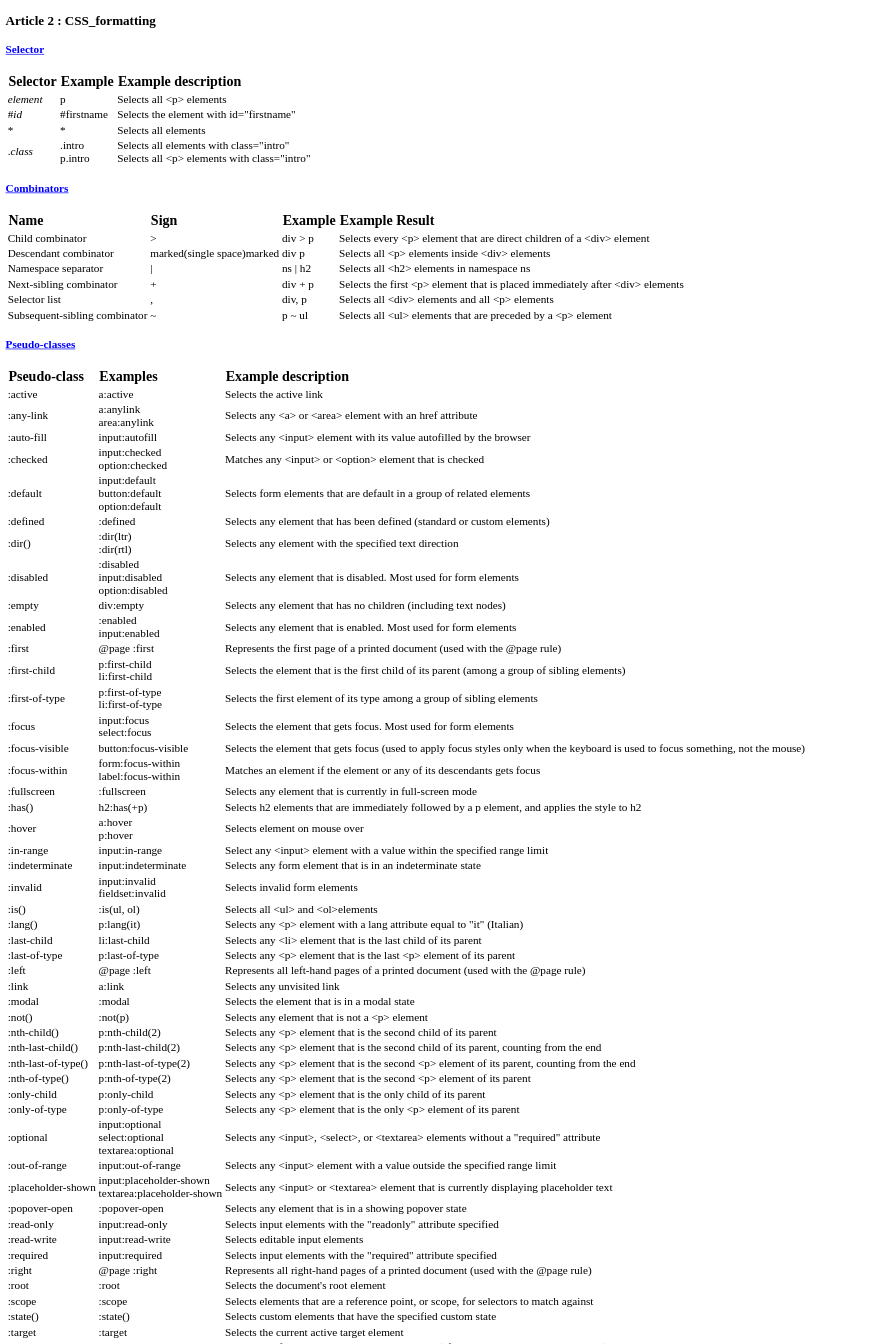
Repository: AnnaSpirit/2025_
Page: Bases/CSS_formatting.html
The author's editor kept a copy of each file at every save. The page is drawn from the files as they stood at one save, then again after a run of saves.
The browser window is 1280 px wide. The pictures show the part of the page from y = 0 to 1920 px (the page is 2571 px tall), at 70% of full size.

Above is the page before, as saved 2025-01-09 14:19:17.

### Bases/CSS_formatting.html
<!DOCTYPE html>
<html lang="en">
<head>
	<meta charset="UTF-8">
	<meta name="viewport" content="width=device-width, initial-scale=1.0">
	<title>CSS_formatting</title>
	<style>
		th{
		table-layout: auto;
		display: table-cell;
		vertical-align: middle;
		font-weight: bold;
		padding: 2px;
		text-align:justify;
		font-size: 20px;
		}
		.subSection{
			color: blue;
			font-weight: bold;
			text-decoration: underline;
		}
	</style>
</head>
<body>
<h3>Article 2 : CSS_formatting</h3>
<h4 class = "subSection">Selector</h4>
<table>
<tr>
	<th>Selector</th>
	<th>Example</th>
	<th>Example description</th>
</tr>
<tr>
	<td><i>element</i></td>
	<td>p</td>
	<td>Selects all &lt;p&gt; elements</td>
</tr>
<tr>
	<td>#<i>id</i></td>
	<td>#firstname</td>
	<td>Selects the element with id="firstname"</td>
</tr>
<tr>
	<td>*</td>
	<td>*</td>
	<td>Selects all elements</td>
</tr>
<tr>
	<td>.<i>class</i></td>
	<td>.intro<br>p.intro</td>
	<td>Selects all elements with class="intro"<br>Selects all &lt;p&gt; elements with class="intro"
	</td>
</tr>
</table>
<h4 class = "subSection">Combinators</h4>
<table>
<tbody>
	<tr>
		<th>Name</th>
		<th>Sign</th>
		<th>Example</th>
		<th>Example Result</th>
	</tr>
	<tr>
		<td>Child combinator</td>
		<td>&gt;</td>
		<td>div &gt; p</td>
		<td>Selects every &lt;p&gt; element that are direct children of a &lt;div&gt; element</td>
	</tr>
	<tr>
		<td>Descendant combinator</td>
		<td>marked(single space)marked</td>
		<td>div p</td>
		<td>Selects all &lt;p&gt; elements inside &lt;div&gt; elements</td>
	</tr>
	<tr>
		<td>Namespace separator</td>
		<td>|</td>
		<td>ns | h2</td>
		<td>Selects all &lt;h2&gt; elements in namespace ns</td>
	</tr>
	<tr>
		<td>Next-sibling combinator</td>
		<td>+</td>
		<td>div + p</td>
		<td>Selects the first &lt;p&gt; element that is placed immediately after &lt;div&gt; elements</td>
	</tr>
	<tr>
		<td>Selector list</td>
		<td>,</td>
		<td>div, p</td>
		<td>Selects all &lt;div&gt; elements and all &lt;p&gt; elements</td>
	</tr>
	<tr>
		<td>Subsequent-sibling combinator</td>
		<td>~</td>
		<td>p ~ ul</td>
		<td>Selects all &lt;ul&gt; elements that are preceded by a &lt;p&gt; element</td>
	</tr>
</tbody>
</table>
<h4 class = "subSection">Pseudo-classes</h4>
<table>
<tr>
	<th>Pseudo-class</th>
	<th>Examples</th>
	<th>Example description</th>
</tr>
<tr>
	<td>:active</td>
	<td>a:active</td>
	<td>Selects the active link</td>
</tr>
<tr>
	<td>:any-link</td>
	<td>a:anylink<br>area:anylink</td>
	<td>Selects any &lt;a&gt; or &lt;area&gt; element with an href attribute</td>
</tr>
<tr>
	<td>:auto-fill</td>
	<td>input:autofill</td>
	<td>Selects any &lt;input&gt; element with its value autofilled by the
		browser</td>
</tr>
<tr>
	<td>:checked</td>
	<td>input:checked<br>option:checked</td>
	<td>Matches any &lt;input&gt; or &lt;option&gt; element that is checked</td>
</tr>
<tr>
	<td>:default</td>
	<td>input:default<br>button:default<br>option:default</td>
	<td>Selects form elements that are default in a group of related elements</td>
</tr>
<tr>
	<td>:defined</td>
	<td>:defined</td>
	<td>Selects any element that has been defined (standard or custom
		elements)</td>
</tr>
<tr>
	<td>:dir()</td>
	<td>:dir(ltr)<br>:dir(rtl)</td>
	<td>Selects any element with the specified text direction</td>
</tr>
<tr>
	<td>:disabled</td>
	<td>:disabled<br>input:disabled<br>option:disabled</td>
	<td>Selects any element that is disabled. Most used for form elements</td>
</tr>
<tr>
	<td>:empty</td>
	<td>div:empty</td>
	<td>Selects any element that has no children (including text nodes)</td>
</tr>
<tr>
	<td>:enabled</td>
	<td>:enabled<br>input:enabled</td>
	<td>Selects any element that is enabled. Most used for form elements</td>
</tr>
<tr>
	<td>:first</td>
	<td>@page :first</td>
	<td>Represents the first page of a printed document (used with the @page
		rule)</td>
</tr>
<tr>
	<td>:first-child</td>
	<td>p:first-child<br>li:first-child</td>
	<td>Selects the element that is the first child of its parent (among a group
		of sibling elements)</td>
</tr>
<tr>
	<td>:first-of-type</td>
	<td>p:first-of-type<br>li:first-of-type</td>
	<td>Selects the first element of its type among a group of sibling elements</td>
</tr>
<tr>
	<td>:focus</td>
	<td>input:focus<br>select:focus</td>
	<td>Selects the element that gets focus. Most used for form elements</td>
</tr>
<tr>
	<td>:focus-visible</td>
	<td>button:focus-visible</td>
	<td>Selects the element that gets focus (used to apply focus styles only
		when the keyboard is used to focus something, not the mouse)</td>
</tr>
<tr>
	<td>:focus-within</td>
	<td>form:focus-within<br>label:focus-within</td>
	<td>Matches an element if the element or any of its descendants gets focus</td>
</tr>
<tr>
	<td>:fullscreen</td>
	<td>:fullscreen</td>
	<td>Selects any element that is currently in full-screen mode</td>
</tr>
<tr>
	<td>:has()</td>
	<td>h2:has(+p)</td>
	<td>Selects h2 elements that are immediately followed by a p element, and
		applies the style to h2</td>
</tr>
<tr>
	<td>:hover</td>
	<td>a:hover<br>p:hover</td>
	<td>Selects element on mouse over</td>
</tr>
<tr>
	<td>:in-range</td>
	<td>input:in-range</td>
	<td>Select any &lt;input&gt; element with a value within the specified range
		limit</td>
</tr>
<tr>
	<td>:indeterminate</td>
	<td>input:indeterminate</td>
	<td>Selects any form element that is in an indeterminate state</td>
</tr>
<tr>
	<td>:invalid</td>
	<td>input:invalid<br>fieldset:invalid</td>
	<td>Selects invalid form elements</td>
</tr>
<tr>
	<td>:is()</td>
	<td>:is(ul, ol)</td>
	<td>Selects all &lt;ul&gt; and &lt;ol&gt;elements</td>
</tr>
<tr>
	<td>:lang()</td>
	<td>p:lang(it)</td>
	<td>Selects any &lt;p&gt; element with a lang attribute equal to "it" (Italian)</td>
</tr>
<tr>
	<td>:last-child</td>
	<td>li:last-child</td>
	<td>Selects any &lt;li&gt; element that is the last child of its parent</td>
</tr>
<tr>
	<td>:last-of-type</td>
	<td>p:last-of-type</td>
	<td>Selects any &lt;p&gt; element that is the last &lt;p&gt; element of its parent</td>
</tr>
<tr>
	<td>:left</td>
	<td>@page :left</td>
	<td>Represents all left-hand pages of a printed document (used with the @page
		rule)</td>
</tr>
<tr>
	<td>:link</td>
	<td>a:link</td>
	<td>Selects any unvisited link</td>
</tr>
<tr>
	<td>:modal</td>
	<td>:modal</td>
	<td>Selects the element that is in a modal state</td>
</tr>
<tr>
	<td>:not()</td>
	<td>:not(p)</td>
	<td>Selects any element that is not a &lt;p&gt; element</td>
</tr>
<tr>
	<td>:nth-child()</td>
	<td>p:nth-child(2)</td>
	<td>Selects any &lt;p&gt; element that is the second child of its parent</td>
</tr>
<tr>
	<td>:nth-last-child()</td>
	<td>p:nth-last-child(2)</td>
	<td>Selects any &lt;p&gt; element that is the second child of its parent, counting from the
		end</td>
</tr>
<tr>
	<td>:nth-last-of-type()</td>
	<td>p:nth-last-of-type(2)</td>
	<td>Selects any &lt;p&gt; element that is the second &lt;p&gt; element of its parent, counting from the
		end</td>
</tr>
<tr>
	<td>:nth-of-type()</td>
	<td>p:nth-of-type(2)</td>
	<td>Selects any &lt;p&gt; element that is the second &lt;p&gt; element of its parent</td>
</tr>
<tr>
	<td>:only-child</td>
	<td>p:only-child</td>
	<td>Selects any &lt;p&gt; element that is the only child of its parent</td>
</tr>
<tr>
	<td>:only-of-type</td>
	<td>p:only-of-type</td>
	<td>Selects any &lt;p&gt; element that is the only &lt;p&gt; element of its parent</td>
</tr>
<tr>
	<td>:optional</td>
	<td>input:optional<br>select:optional<br>textarea:optional</td>
	<td>Selects any &lt;input&gt;, &lt;select&gt;, or &lt;textarea&gt; elements without
		a "required" attribute</td>
</tr>
<tr>
	<td>:out-of-range</td>
	<td>input:out-of-range</td>
	<td>Selects any &lt;input&gt; element with a value outside the specified range
		limit</td>
</tr>
<tr>
	<td>:placeholder-shown</td>
	<td>input:placeholder-shown<br>
		textarea:placeholder-shown</td>
	<td>Selects any &lt;input&gt; or &lt;textarea&gt; element that is currently displaying
		placeholder text</td>
</tr>
<tr>
	<td>:popover-open</td>
	<td>:popover-open</td>
	<td>Selects any element that is in a showing popover state</td>
</tr>
<tr>
	<td>:read-only</td>
	<td>input:read-only</td>
	<td>Selects input elements with the "readonly" attribute specified</td>
</tr>
<tr>
	<td>:read-write</td>
	<td>input:read-write</td>
	<td>Selects editable input elements</td>
</tr>
<tr>
	<td>:required</td>
	<td>input:required</td>
	<td>Selects input elements with the "required" attribute specified</td>
</tr>
<tr>
	<td>:right</td>
	<td>@page :right</td>
	<td>Represents all right-hand pages of a printed document (used with the @page
		rule)</td>
</tr>
<tr>
	<td>:root</td>
	<td>:root</td>
	<td>Selects the document's root element</td>
</tr>
<tr>
	<td>:scope</td>
	<td>:scope</td>
	<td>Selects elements that are a reference point, or scope, for selectors to
		match against</td>
</tr>
<tr>
	<td>:state()</td>
	<td>:state()</td>
	<td>Selects custom elements that have the specified custom state</td>
</tr>
<tr>
	<td>:target</td>
	<td>:target </td>
	<td>Selects the current active target element</td>
</tr>
<tr>
	<td>:user-invalid</td>
	<td>:user-invalid</td>
	<td>Selects any form element with an invalid value (after the user have
		interacted with it)</td>
</tr>
<tr>
	<td>:user-valid</td>
	<td>:user-valid</td>
	<td>Selects any form element with a valid value (after the user have
		interacted with it)</td>
</tr>
<tr>
	<td>:valid</td>
	<td>input:valid</td>
	<td>Selects all input elements with a valid value</td>
</tr>
<tr>
	<td>:visited</td>
	<td>a:visited<br>area:visited</td>
	<td>Selects all visited links</td>
</tr>
<tr>
	<td>:where()</td>
	<td>:where(ol, ul)</td>
	<td>Selects all &lt;ul&gt; and &lt;ol&gt;elements</td>
</tr>
</table>
<h4 class = "subSection">Pseudo-elements</h4>
<table>
	<tr>
		<th>Pseudo-element</th>
		<th>Example</th>
		<th>Example description</th>
	</tr>
	<tr>
		<td>::after</td>
		<td>p::after<br>div::after</td>
		<td>Inserts something after the content of the specified element</td>
	</tr>
	<tr>
		<td>::backdrop</td>
		<td>dialog::backdrop</td>
		<td>Styles the viewbox behind a dialog box or popover element</td>
	</tr>
	<tr>
		<td>::before</td>
		<td>p::before<br>div::before</td>
		<td>Inserts something before the content of the specified element</td>
	</tr>
	<tr>
		<td>::file-selector-button</td>
		<td>::file-selector-button</td>
		<td>Selects any button of type &lt;input type="file"&gt;</td>
	</tr>
	<tr>
		<td>::first-letter</td>
		<td>p::first-letter</td>
		<td>Selects the first letter of every &lt;p&gt; element</td>
	</tr>
	<tr>
		<td>::first-line</td>
		<td>p::first-line</td>
		<td>Selects the first line of every &lt;p&gt; element</td>
	</tr>
	<tr>
		<td>::grammar-error</td>
		<td>::grammar-error</td>
		<td>Styles a text that the browser has flagged as grammatically incorrect</td>
	</tr>
	<tr>
		<td>::highlight()</td>
		<td>::highlight(custom-name)</td>
		<td>Selects a custom highlight</td>
	</tr>
	<tr>
		<td>::marker</td>
		<td>::marker</td>
		<td>Selects the markers of list items</td>
	</tr>
	<tr>
		<td>::placeholder</td>
		<td>input::placeholder<br>textarea::placeholder</td>
		<td>Styles the placeholder text of &lt;input&gt; or &lt;textarea&gt; elements</td>
	</tr>
	<tr>
		<td>::selection</td>
		<td>::selection</td>
		<td>Styles the user-selected text</td>
	</tr>
	<tr>
		<td>::spelling-error</td>
		<td>::spelling-error</td>
		<td>Styles a text that the browser has flagged as incorrectly spelled</td>
	</tr>
	<tr>
		<td>::view-transition</td>
		<td>::view-transition</td>
		<td>Represents the root of the view transitions overlay, which contains all
			view transition on the page</td>
	</tr>
	<tr>
		<td>::view-transition-group</td>
		<td>::view-transition-group</td>
		<td>Represents a single view transition snapshot group</td>
	</tr>
	<tr>
		<td>::view-transition-image-pair</td>
		<td>::view-transition-image-pair</td>
		<td>Represents a container for a view transition's "old" and "new" view
			states - before and after the transition</td>
	</tr>
	<tr>
		<td>::view-transition-new</td>
		<td>::view-transition-new</td>
		<td>Represents the "new" view state of a view transition</td>
	</tr>
	<tr>
		<td>::view-transition-old</td>
		<td>::view-transition-old</td>
		<td>Represents the "old" view state of a view transition</td>
	</tr>
</tbody>
</table>
</body>
</html>

After the next 2 saves:
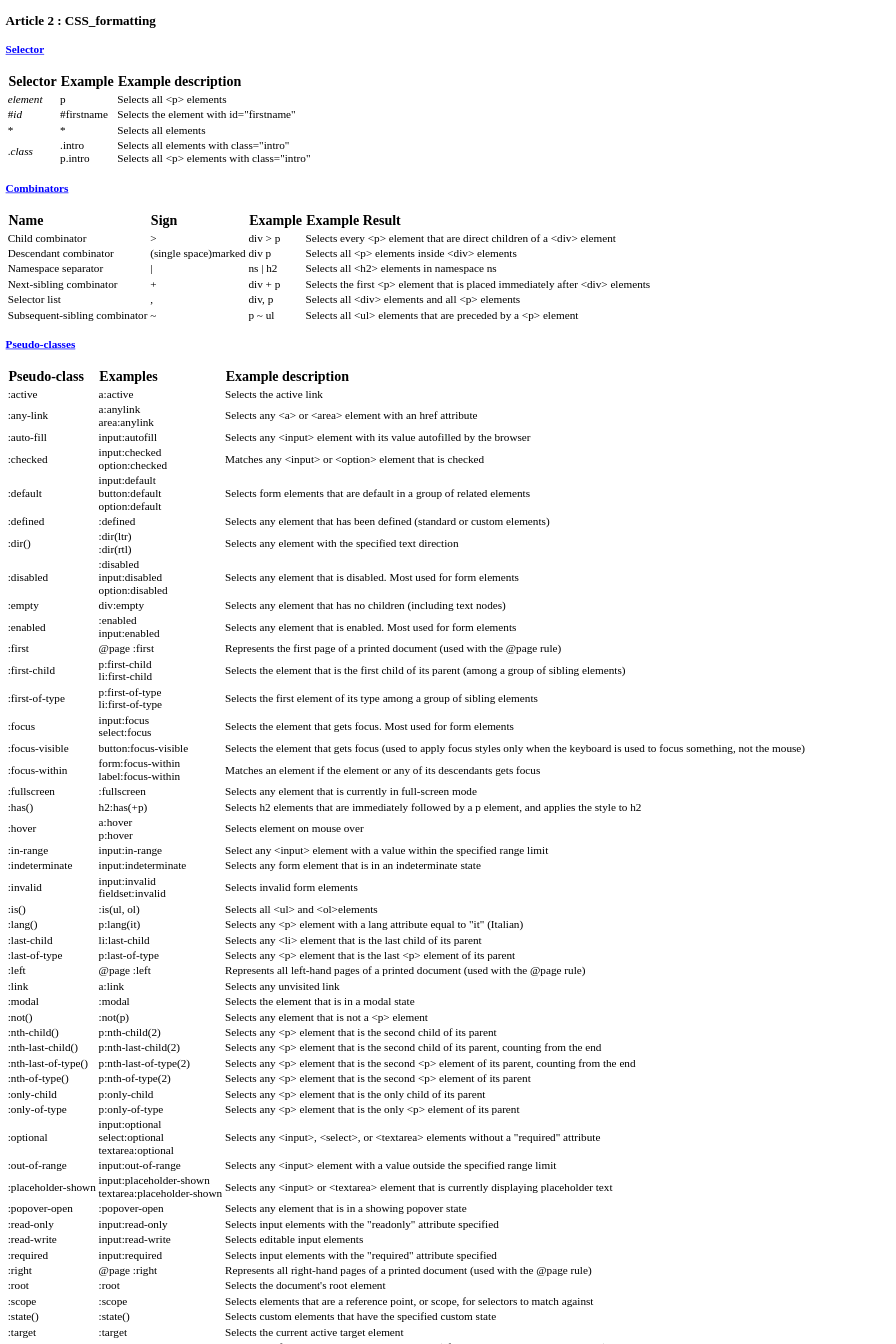
The 2 saves are shown as one change because they came seconds apart.
The last was saved 9 s later.
--- a/Bases/CSS_formatting.html
+++ b/Bases/CSS_formatting.html
@@ -69,7 +69,7 @@
 	</tr>
 	<tr>
 		<td>Descendant combinator</td>
-		<td>marked(single space)marked</td>
+		<td><marked></marked>(single space)marked</td>
 		<td>div p</td>
 		<td>Selects all &lt;p&gt; elements inside &lt;div&gt; elements</td>
 	</tr>
